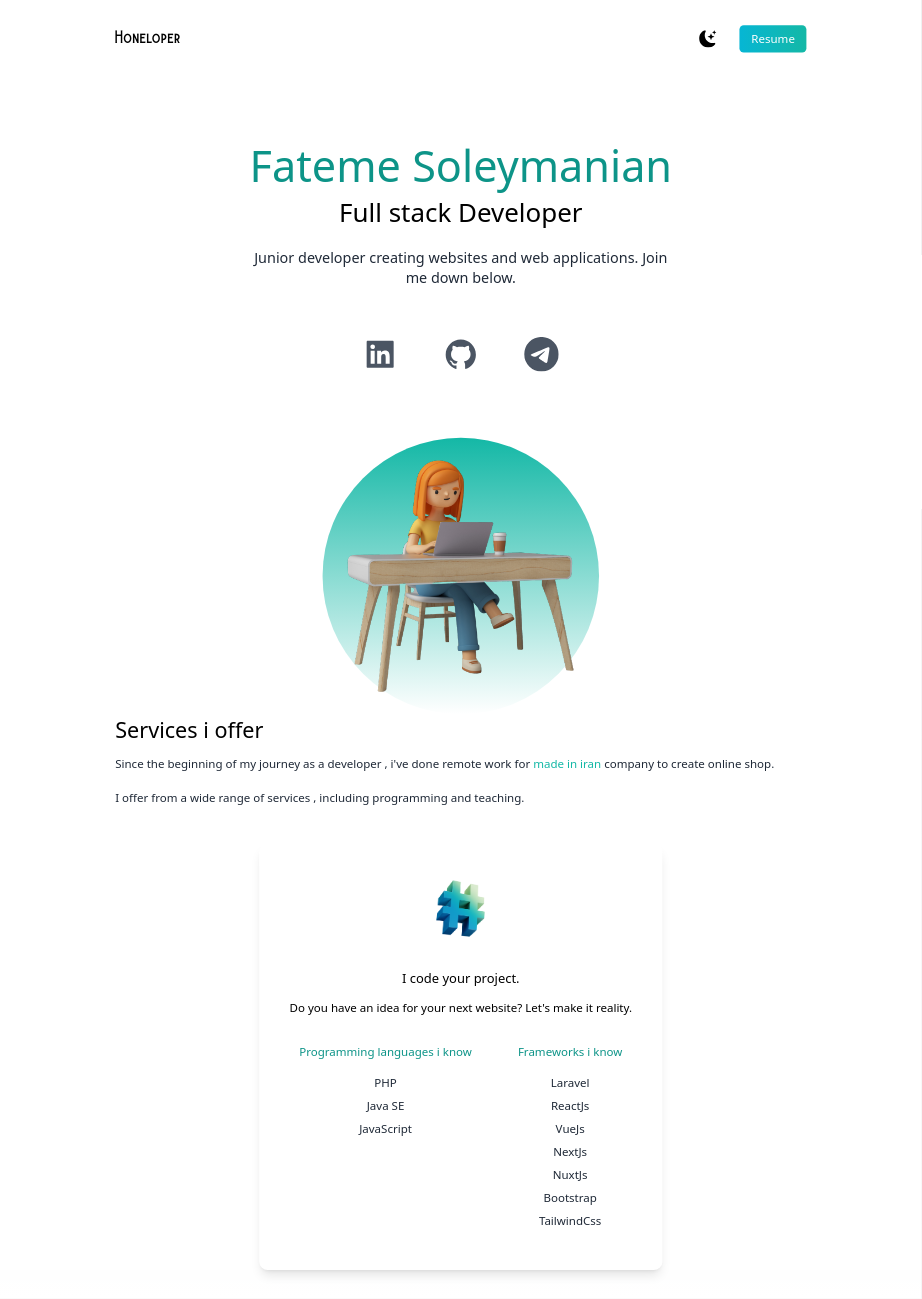
Repository: fatemesoleymanian/portfolio
Page: /
The author's editor kept a copy of each file at every save. The page is drawn from the files as they stood at one save, then again after the next save.
The browser window is 1280 px wide. The pictures show the whole page, at 72% of full size.
The project was rebuilt for these pictures with package versions that can differ from the ones it lists, and the page was loaded fresh each time. The framework's server and built-in components were replaced by stand-ins that run in the browser. Also part of the build but not shown: next.config.js.

Above is the page before, as saved 2023-03-10 17:40:06.

### pages/index.js
import Head from 'next/head'
import { BsFillMoonStarsFill } from 'react-icons/bs'
import { AiFillLinkedin, AiFillGithub , } from 'react-icons/ai'
import {SiTelegram} from 'react-icons/si'
import Image from 'next/image'
import honeloper from '../public/honeloper3d.png'
import code from '../public/code.png'
import { useState } from 'react'
export default function Home() {
  const [darkMode , setDarkMode] = useState(false);
  return (
    <div className={darkMode ? 'dark' : ''}>
      <Head>
        <title>My Portfolio</title>
        <meta name="description" content="Generated by create next app" />
        <meta name="viewport" content="width=device-width, initial-scale=1" />
        <link rel="icon" href="/favicon.ico" />
      </Head>
      <main className='bg-white px-10 md:px-20 lg:px-40 dark:bg-gray-900'>
        <section className="min-h-screen">
          <nav className='py-10 mb-12 flex justify-between dark:text-white'>
            <h1 className='text-xl font-burtons'>Honeloper</h1>
            <ul className='flex items-center'>
              <li>
                <BsFillMoonStarsFill className='cursor-pointer text-2xl'
                onClick={() => setDarkMode(!darkMode)}/>
              </li>
              <li>
                <a className="bg-gradient-to-r from-cyan-500 to-teal-500 text-white px-4 py-2 rounded-md ml-8"
                  href="https://jobvision.ir/cv/97158940-111758">Resume</a>
              </li>
            </ul>
          </nav>
          <div className='text-center p-9'>
            <h2 className='text-3xl md:text-4xl lg:text-6xl py-2 text-teal-600 font-medium'>
              Fateme Soleymanian</h2>
            <h3 className='text-2xl md:text-3xl lg:text-4xl py-2'>Full stack Developer</h3>
            <p className='text-md py-5 leading-8 text-gray-800 lg:text-xl
            max-w-xl mx-auto'>
              Junior developer creating websites and web applications. Join me down below.</p>
          </div>
          <div className='text-5xl flex justify-center gap-16 py-3 text-gray-600'>
            <a href="https://www.linkedin.com/in/fateme-soleymanian-b2713a225">
              <AiFillLinkedin />  </a>
            <a href="https://github.com/fatemesoleymanian">
              <AiFillGithub />
            </a>
            <a href="https://t.me/Honeloper">
              <SiTelegram />
            </a>
          </div>
          <div className='relative bg-gradient-to-b from-teal-500 rounded-full
          mx-auto md:w-80 md:h-80 lg:h-96 lg:w-96 mt-20'>
            <Image src={honeloper} alt="honeloper" />
          </div>
        </section>

        <section >
          <div className='mb-0 border-red-600'>
            <h3 className='text-3xl py-1'>
              Services i offer
            </h3>
            <p className='text-md py-2 leading-8 text-gray-800'>
              Since the beginning of my journey as a developer , i've done remote work for
              <span className='text-teal-500'><a href="https://madein-iran.com"> made in iran </a></span> company to create online shop.
            </p>
            <p className='text-md py-2 leading-8 text-gray-800'>
              I offer from a wide range of services , including programming and teaching.
            </p>
          </div>
          <div>
            <div className='md:mx-auto text-center shadow-lg p-10 rounded-xl my-10 md:w-7/12'>
              <Image src={code} width={100} height={100} className="mx-auto"/>
              <h3 className='text-lg font-medium pt-8 pb-2'>
                I code your project.
              </h3>
              <p className='py-2'>Do you have an idea for your next website?
                Let's make it reality.</p>
             <div className='flex justify-center gap-16 py-3'>
             <div className=''>
                <h4 className='py-4 text-teal-600'>Programming languages i know</h4>
                <p className='text-gray-800 py-1'>PHP</p>
                <p className='text-gray-800 py-1'>Java SE</p>
                <p className='text-gray-800 py-1'>JavaScript</p>
              </div>
              <div className=''>
                <h4 className='py-4 text-teal-600'>Frameworks i know</h4>
                <p className='text-gray-800 py-1'>Laravel</p>
                <p className='text-gray-800 py-1'>ReactJs</p>
                <p className='text-gray-800 py-1'>VueJs</p>
                <p className='text-gray-800 py-1'>NextJs</p>
                <p className='text-gray-800 py-1'>NuxtJs</p>
                <p className='text-gray-800 py-1'>Bootstrap</p>
                <p className='text-gray-800 py-1'>TailwindCss</p>
              </div>
             </div>
            </div>
          </div>
        </section>
      </main>
    </div>
  )
}

### styles/globals.css
@tailwind base;
@tailwind components;
@tailwind utilities;
:root {
  --max-width: 1100px;
  --border-radius: 12px;
  --font-mono: ui-monospace, Menlo, Monaco, 'Cascadia Mono', 'Segoe UI Mono',
    'Roboto Mono', 'Oxygen Mono', 'Ubuntu Monospace', 'Source Code Pro',
    'Fira Mono', 'Droid Sans Mono', 'Courier New', monospace;

  --foreground-rgb: 0, 0, 0;
  --background-start-rgb: 214, 219, 220;
  --background-end-rgb: 255, 255, 255;

  --primary-glow: conic-gradient(
    from 180deg at 50% 50%,
    #16abff33 0deg,
    #0885ff33 55deg,
    #54d6ff33 120deg,
    #0071ff33 160deg,
    transparent 360deg
  );
  --secondary-glow: radial-gradient(
    rgba(255, 255, 255, 1),
    rgba(255, 255, 255, 0)
  );

  --tile-start-rgb: 239, 245, 249;
  --tile-end-rgb: 228, 232, 233;
  --tile-border: conic-gradient(
    #00000080,
    #00000040,
    #00000030,
    #00000020,
    #00000010,
    #00000010,
    #00000080
  );

  --callout-rgb: 238, 240, 241;
  --callout-border-rgb: 172, 175, 176;
  --card-rgb: 180, 185, 188;
  --card-border-rgb: 131, 134, 135;
}

@media (prefers-color-scheme: dark) {
  :root {
    --foreground-rgb: 255, 255, 255;
    --background-start-rgb: 0, 0, 0;
    --background-end-rgb: 0, 0, 0;

    --primary-glow: radial-gradient(rgba(1, 65, 255, 0.4), rgba(1, 65, 255, 0));
    --secondary-glow: linear-gradient(
      to bottom right,
      rgba(1, 65, 255, 0),
      rgba(1, 65, 255, 0),
      rgba(1, 65, 255, 0.3)
    );

    --tile-start-rgb: 2, 13, 46;
    --tile-end-rgb: 2, 5, 19;
    --tile-border: conic-gradient(
      #ffffff80,
      #ffffff40,
      #ffffff30,
      #ffffff20,
      #ffffff10,
      #ffffff10,
      #ffffff80
    );

    --callout-rgb: 20, 20, 20;
    --callout-border-rgb: 108, 108, 108;
    --card-rgb: 100, 100, 100;
    --card-border-rgb: 200, 200, 200;
  }
}

* {
  box-sizing: border-box;
  padding: 0;
  margin: 0;
}

html,
body {
  max-width: 100vw;
  overflow-x: hidden;
}

body {
  color: rgb(var(--foreground-rgb));
  background: linear-gradient(
      to bottom,
      transparent,
      rgb(var(--background-end-rgb))
    )
    rgb(var(--background-start-rgb));
}

a {
  color: inherit;
  text-decoration: none;
}

@font-face {
  font-family: "burtons";
  src: url('../public/Burtons.otf');
}

### tailwind.config.js
/** @type {import('tailwindcss').Config} */
module.exports = {
  darkMode:"class",
  content: [
    "./app/**/*.{js,ts,jsx,tsx}",
    "./pages/**/*.{js,ts,jsx,tsx}",
    "./components/**/*.{js,ts,jsx,tsx}",

  ],
  theme: {
    extend: {
      fontFamily:{
        burtons: "burtons",
      }
    },
  },
  plugins: [],
}

Loaded but not shown: pages/_app.js (common file); pages/_document.js (common file)

After the next save:
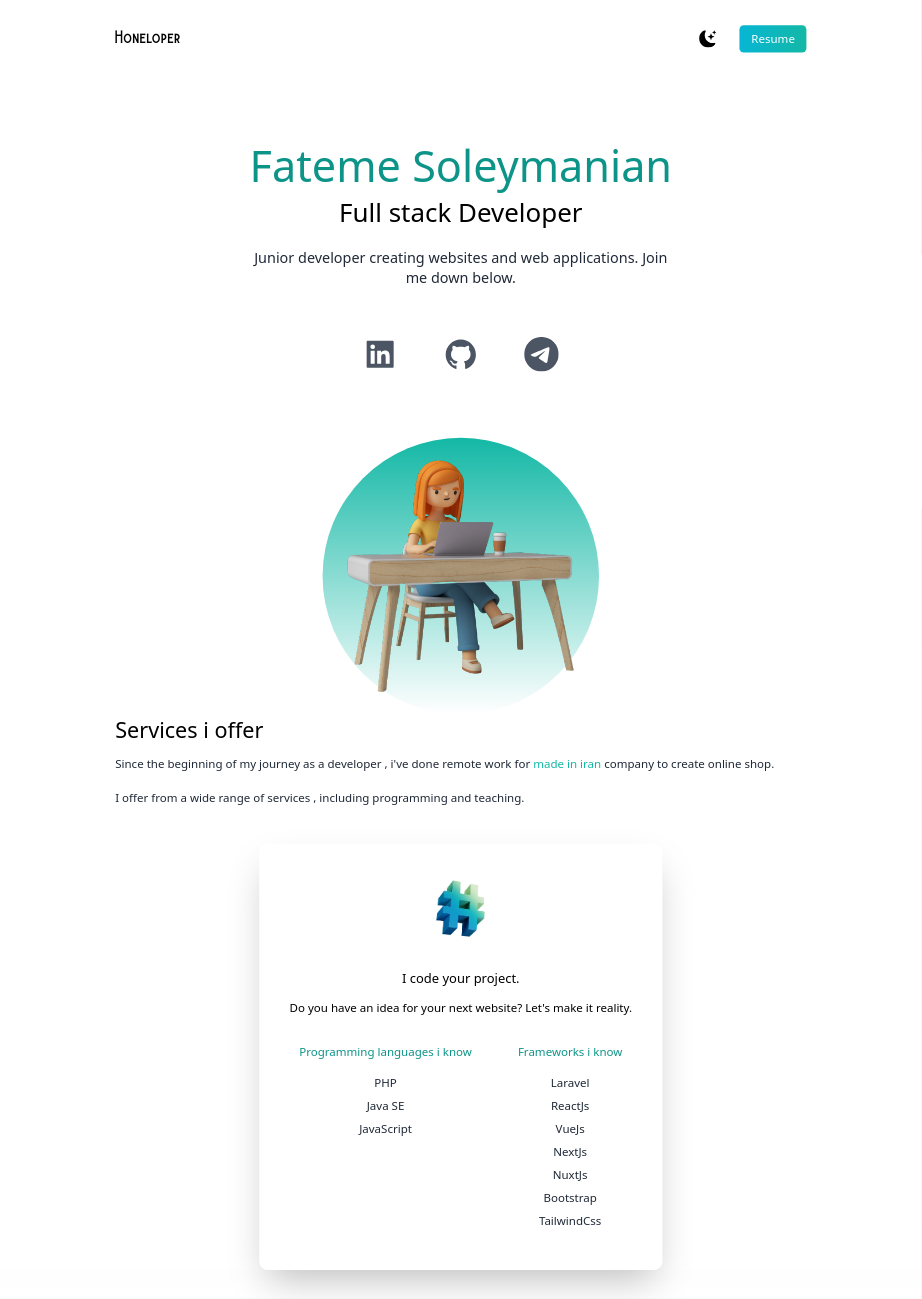
Saved 45 s later.
--- a/pages/index.js
+++ b/pages/index.js
@@ -69,7 +69,7 @@ export default function Home() {
             </p>
           </div>
           <div>
-            <div className='md:mx-auto text-center shadow-lg p-10 rounded-xl my-10 md:w-7/12'>
+            <div className='md:mx-auto text-center shadow-2xl p-10 rounded-xl my-10 md:w-7/12'>
               <Image src={code} width={100} height={100} className="mx-auto"/>
               <h3 className='text-lg font-medium pt-8 pb-2'>
                 I code your project.
